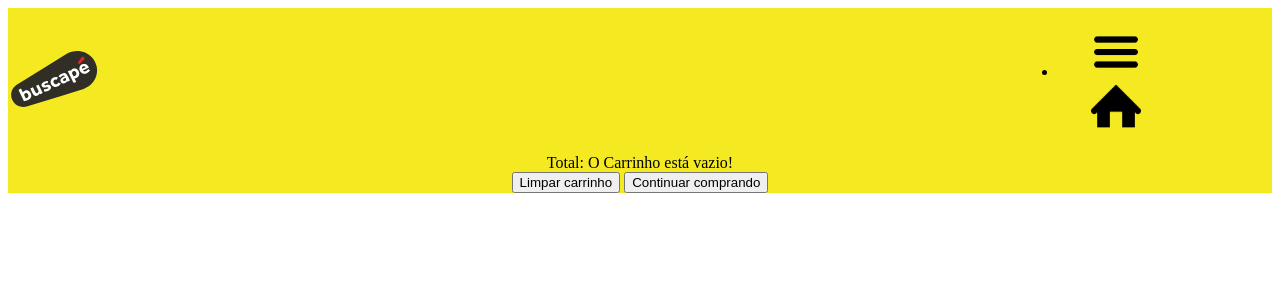
Repository: kabauros/frontend
Page: http://localhost/frontend/carrinho.html
An editor plug-in stored every save of this project. The page is shown before and after the next save, followed by the edit.
The browser window is 1280 px wide. The pictures show the whole page.
The page is served by Tomcat 9.

Above is the page before, as saved 2017-07-20 22:08:57.

After the next save:
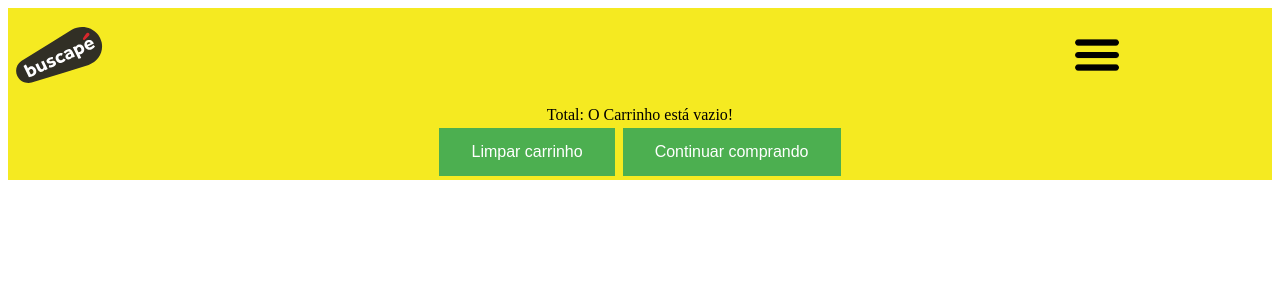
Saved 7 min 26 s later.
--- a/frontend/WebContent/css/style.css
+++ b/frontend/WebContent/css/style.css
@@ -1,37 +1,82 @@
-* {
-  box-sizing: border-box;
+table {
+	font-family: arial, sans-serif;
+	border-collapse: collapse;
+	width: 100%;
+	text-align: center;
 }
 
-#myInput {
-  background-image: url('/css/searchicon.png');
-  background-position: 10px 10px;
-  background-repeat: no-repeat;
-  width: 100%;
-  font-size: 16px;
-  padding: 12px 20px 12px 40px;
-  border: 1px solid #ddd;
-  margin-bottom: 12px;
+td, th {
+	text-align: left;
+	padding: 8px;
+	text-align: center;
 }
 
-#produtos {
-  border-collapse: collapse;
-  width: 100%;
-  font-size: 18px;
-   background-color: #F5EA21;
+<
+style>body {
+	margin: 0;
 }
 
-#produtose th, #produtos td {
-  text-align: left;
-  padding: 12px;
+ul {
+	list-style-type: none;
+	margin: 0;
+	padding: 0;
+	overflow: hidden;
+	background-color: #F5EA21;
 }
 
-#produtos tr {
+li {
+	float: right;
 }
 
-#produtos tr.header, #produtos tr:hover {
-  background-color: #F5EA21;
+li a, .dropbtn {
+	display: inline-block;
+	color: white;
+	text-align: left;
+	padding: 14px 16px;
+	text-decoration: none;
 }
 
-#teste{
- background-color: #F5EA21;
+li a:hover, .dropdown:hover .dropbtn {
+	background-color: #F5EA21;
 }
+
+li.dropdown {
+	display: inline-block;
+}
+
+.dropdown-content {
+	display: none;
+	position: absolute;
+	background-color: #F5EA21;
+	min-width: 160px;
+	box-shadow: 0px 8px 16px 0px rgba(0, 0, 0, 0.2);
+	z-index: 1;
+}
+
+.dropdown-content a {
+	color: black;
+	padding: 12px 16px;
+	text-decoration: none;
+	display: block;
+	text-align: left;
+}
+
+.dropdown-content a:hover {
+	background-color: #F5EA21
+}
+
+.dropdown:hover .dropdown-content {
+	display: block;
+}
+.button {
+    background-color: #4CAF50;
+    border: none;
+    color: white;
+    padding: 15px 32px;
+    text-align: center;
+    text-decoration: none;
+    display: inline-block;
+    font-size: 16px;
+    margin: 4px 2px;
+    cursor: pointer;
+}
